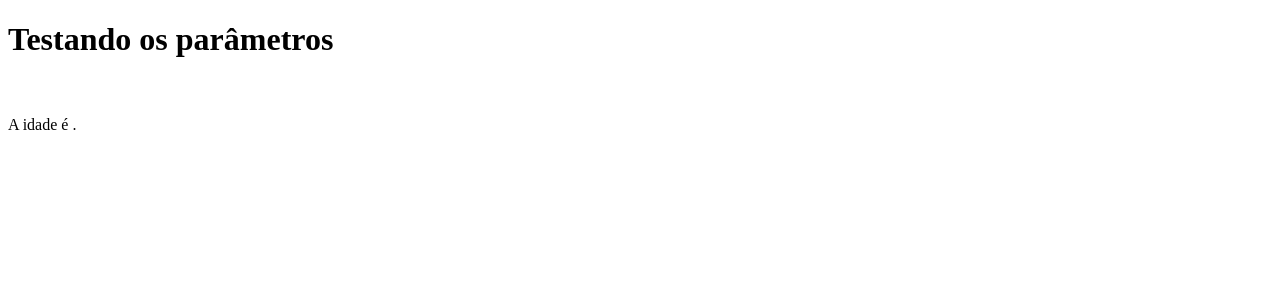
Repository: noceravictor/projetosbs
Page: http://localhost/fj21-agenda/mostra-idade.jsp
These files come from the project's save history. The page is drawn as it stood at one moment and after the next save; the edit follows.
The browser window is 1280 px wide. The pictures show the whole page.
The page is served by Tomcat 9.

Above is the page before, as saved 2019-03-19 15:37:53.

After the next save:
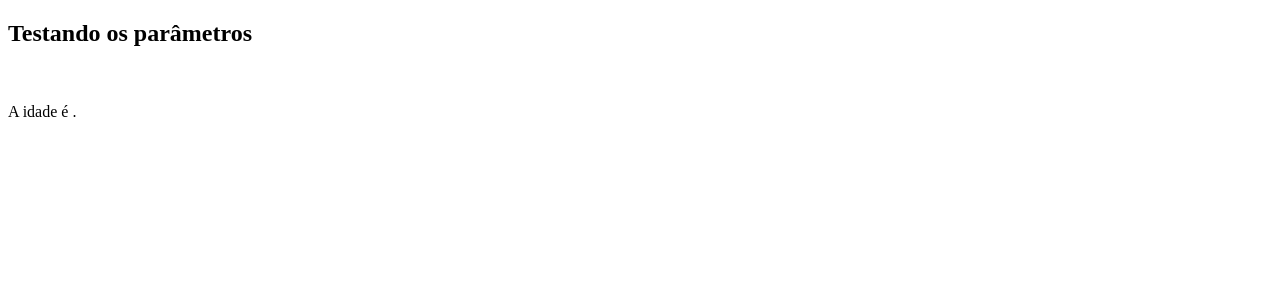
Saved 30 s later.
--- a/fj21-agenda/WebContent/mostra-idade.jsp
+++ b/fj21-agenda/WebContent/mostra-idade.jsp
@@ -7,7 +7,7 @@
 <title>Mostrar a idade</title>
 </head>
 <body>
-	<h1>Testando os parâmetros</h1>
+	<h2>Testando os parâmetros</h2>
 	<br />
 	<br />
 	A idade é ${param.idade}.
